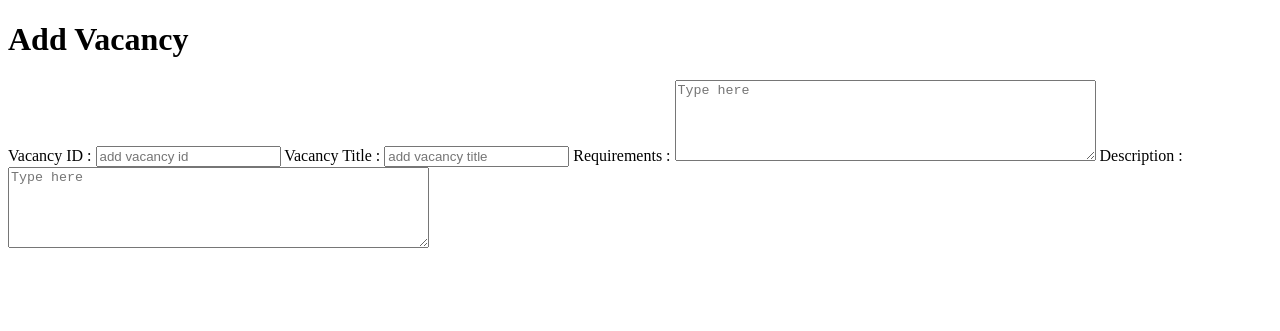
Repository: IT21221064/JobPortal
Page: http://localhost/signup/addVacancy.jsp
These files come from the project's save history. The page is drawn as it stood at one moment and after the next save; the edit follows.
The browser window is 1280 px wide. The pictures show the whole page.
The page is served by Tomcat 9.

Above is the page before, as saved 2023-07-14 17:09:47.

### jobPortal/signup/src/main/webapp/addVacancy.jsp
<%@ page language="java" contentType="text/html; charset=ISO-8859-1"
    pageEncoding="ISO-8859-1"%>
<!DOCTYPE html>
<html>
<head>
<meta charset="ISO-8859-1">
<title>Insert title here</title>
</head>
<body>
<h1>Add Vacancy</h1>
<label for="vid">Vacancy ID : </label>
<input type="text" name="vid" id="vid" placeholder="add vacancy id">
<label for="vtitle">Vacancy Title : </label>
<input type="text" name="vtitle" id="vtitle" placeholder="add vacancy title">
<label for ="jobreqs">Requirements : </label>
<textarea id="jobreqs" name="jobreqs" rows="5" cols="50" placeholder="Type here"></textarea>
<label for ="jobdesc">Description : </label>
<textarea id="jobdesc" name="jobdesc" rows="5" cols="50" placeholder="Type here"></textarea>


</body>
</html>

After the next save:
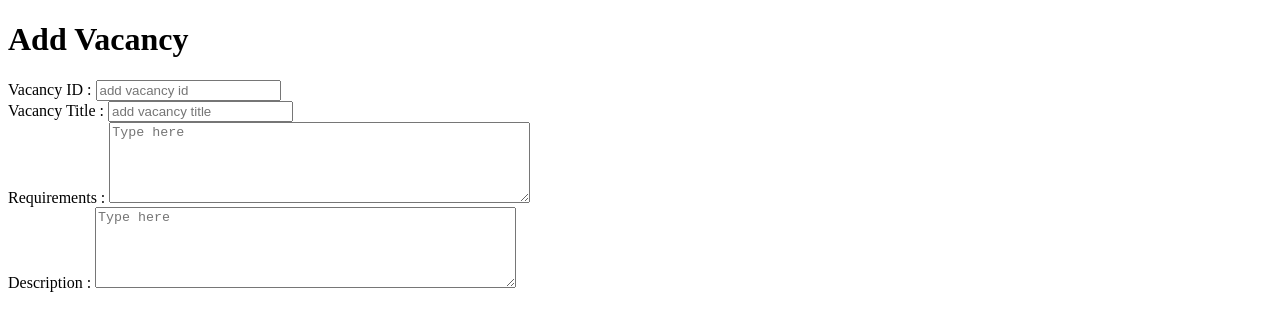
Saved 34 s later.
--- a/jobPortal/signup/src/main/webapp/addVacancy.jsp
+++ b/jobPortal/signup/src/main/webapp/addVacancy.jsp
@@ -9,13 +9,13 @@
 <body>
 <h1>Add Vacancy</h1>
 <label for="vid">Vacancy ID : </label>
-<input type="text" name="vid" id="vid" placeholder="add vacancy id">
+<input type="text" name="vid" id="vid" placeholder="add vacancy id"><br>
 <label for="vtitle">Vacancy Title : </label>
-<input type="text" name="vtitle" id="vtitle" placeholder="add vacancy title">
+<input type="text" name="vtitle" id="vtitle" placeholder="add vacancy title"><br>
 <label for ="jobreqs">Requirements : </label>
-<textarea id="jobreqs" name="jobreqs" rows="5" cols="50" placeholder="Type here"></textarea>
+<textarea id="jobreqs" name="jobreqs" rows="5" cols="50" placeholder="Type here"></textarea><br>
 <label for ="jobdesc">Description : </label>
-<textarea id="jobdesc" name="jobdesc" rows="5" cols="50" placeholder="Type here"></textarea>
+<textarea id="jobdesc" name="jobdesc" rows="5" cols="50" placeholder="Type here"></textarea><br>
 
 
 </body>
